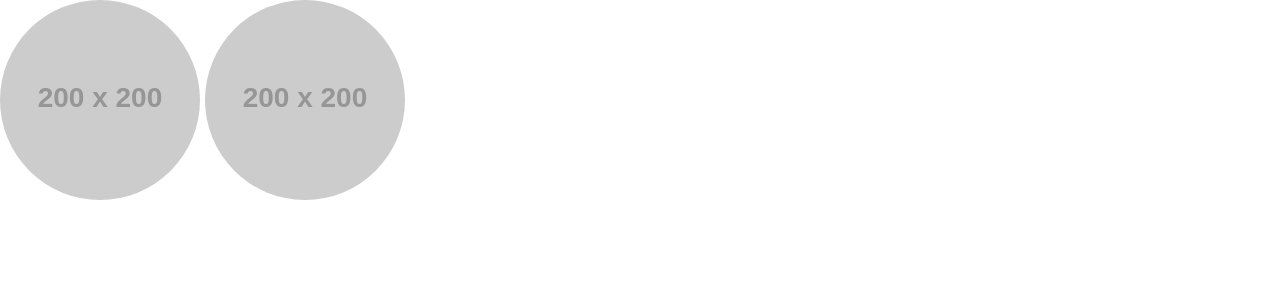
Repository: rsusolutions/RSU-Website
Page: quiz/index.html
These files come from the project's save history. The page is drawn as it stood at one moment and after the next save; the edit follows.
The browser window is 1280 px wide. The pictures show the whole page.
Some web libraries are served in a nearby version.

Above is the page before, as saved 2020-04-21 17:50:59.

### quiz/index.html
<!doctype html>
<html lang="en">
  <head>
    <!-- Required meta tags -->
    <meta charset="utf-8">
    <meta name="viewport" content="width=device-width, initial-scale=1, shrink-to-fit=no">

    <!-- Bootstrap CSS -->
    <link rel="stylesheet" href="https://maxcdn.bootstrapcdn.com/bootstrap/4.0.0/css/bootstrap.min.css" integrity="sha384-Gn5384xqQ1aoWXA+058RXPxPg6fy4IWvTNh0E263XmFcJlSAwiGgFAW/dAiS6JXm" crossorigin="anonymous">
    <link rel="stylesheet" href="style.css">
    <script src="script.js"></script>

    <title>quiz</title>
  </head>
  <body>
    <section class="section-preview">


                <img class="rounded-circle mb-2" alt="200x200" src="https://placehold.it/200x200" data-holder-rendered="true">

                <img class="rounded-circle mb-2" alt="200x200" src="https://placehold.it/200x200" data-holder-rendered="true">



    </section>
    <!-- Optional JavaScript -->
    <!-- jQuery first, then Popper.js, then Bootstrap JS -->
    <script src="https://code.jquery.com/jquery-3.2.1.slim.min.js" integrity="sha384-KJ3o2DKtIkvYIK3UENzmM7KCkRr/rE9/Qpg6aAZGJwFDMVNA/GpGFF93hXpG5KkN" crossorigin="anonymous"></script>
    <script src="https://cdnjs.cloudflare.com/ajax/libs/popper.js/1.12.9/umd/popper.min.js" integrity="sha384-ApNbgh9B+Y1QKtv3Rn7W3mgPxhU9K/ScQsAP7hUibX39j7fakFPskvXusvfa0b4Q" crossorigin="anonymous"></script>
    <script src="https://maxcdn.bootstrapcdn.com/bootstrap/4.0.0/js/bootstrap.min.js" integrity="sha384-JZR6Spejh4U02d8jOt6vLEHfe/JQGiRRSQQxSfFWpi1MquVdAyjUar5+76PVCmYl" crossorigin="anonymous"></script>
  </body>
</html>

### quiz/style.css
@import url(https://fonts.googleapis.com/css?family=Lato:100,400);
/* #the-final-countdown {
  background: #333;
  font-family: 'Lato', sans-serif;
  text-align: center;
  color: #eee;
  text-shadow: 1px 1px 5px black;
  padding: 1rem 0;
  font-size: 3rem;
  border: 1px solid #000;
} */

### quiz/script.js
setInterval(function time() {
    var d = new Date();
    var hours = 18 - d.getHours();
    var min = 60 - d.getMinutes();
    if ((min + "").length == 1) {
        min = "0" + min;
    }
    var sec = 60 - d.getSeconds();
    if ((sec + "").length == 1) {
        sec = "0" + sec;
    }
    if(hours<0||min<0||sec<0){
        jQuery("#the-final-countdown").text("Time Up");
    }
    else{

        jQuery("#the-final-countdown").text("Time Left "+hours + ":" + min + ":" + sec);
    }
}, 1000);

After the next save:
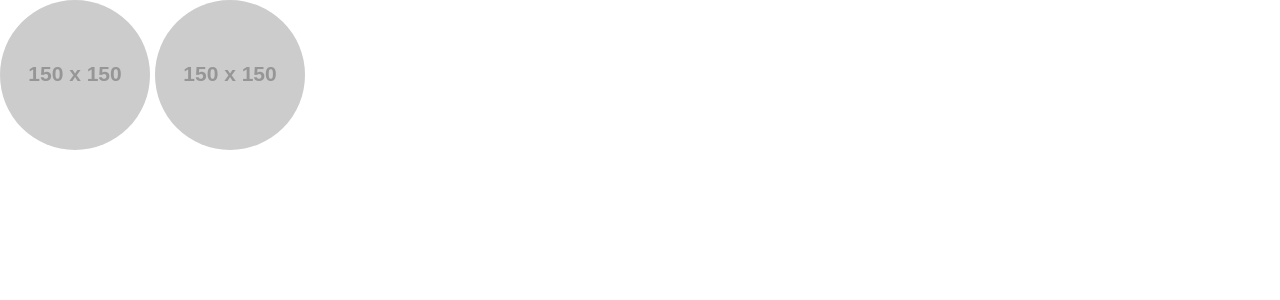
Saved 14 s later.
--- a/quiz/index.html
+++ b/quiz/index.html
@@ -16,9 +16,9 @@
     <section class="section-preview">
 
 
-                <img class="rounded-circle mb-2" alt="200x200" src="https://placehold.it/200x200" data-holder-rendered="true">
+                <img class="rounded-circle mb-2" alt="150x150" src="https://placehold.it/150x150" data-holder-rendered="true">
 
-                <img class="rounded-circle mb-2" alt="200x200" src="https://placehold.it/200x200" data-holder-rendered="true">
+                <img class="rounded-circle mb-2" alt="150x150" src="https://placehold.it/150x150" data-holder-rendered="true">
 
 
 
